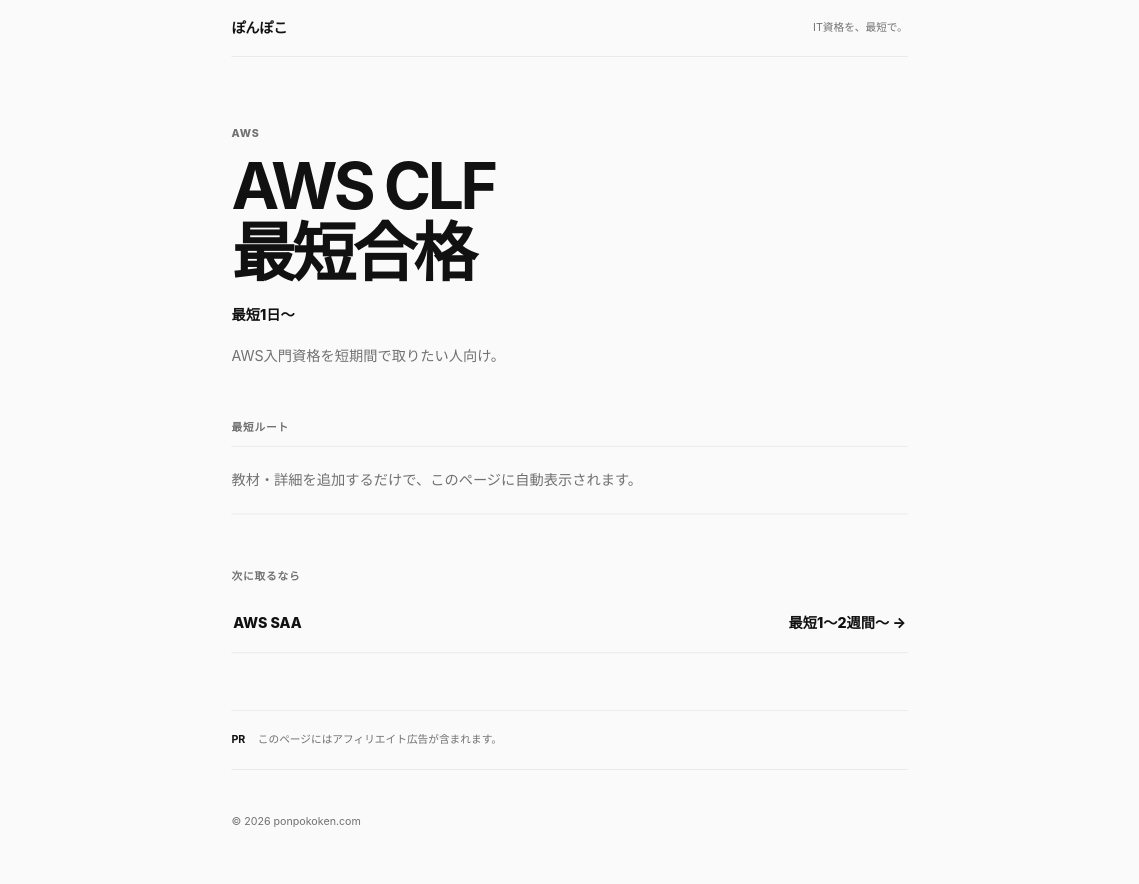
Repository: YUI012/ponpokoken
Page: /aws-clf
An editor plug-in stored every save of this project. The page is shown before and after the next save, followed by the edit.
The browser window is 1280 px wide. The pictures show the whole page, at 89% of full size.
The project was rebuilt for these pictures with package versions that can differ from the ones it lists, and the page was loaded fresh each time. The framework's server and built-in components were replaced by stand-ins that run in the browser. Also part of the build but not shown: components/ProductButton.js, components/CareerAd.js.

Above is the page before, as saved 2026-09-03 22:50:13.

After the next save:
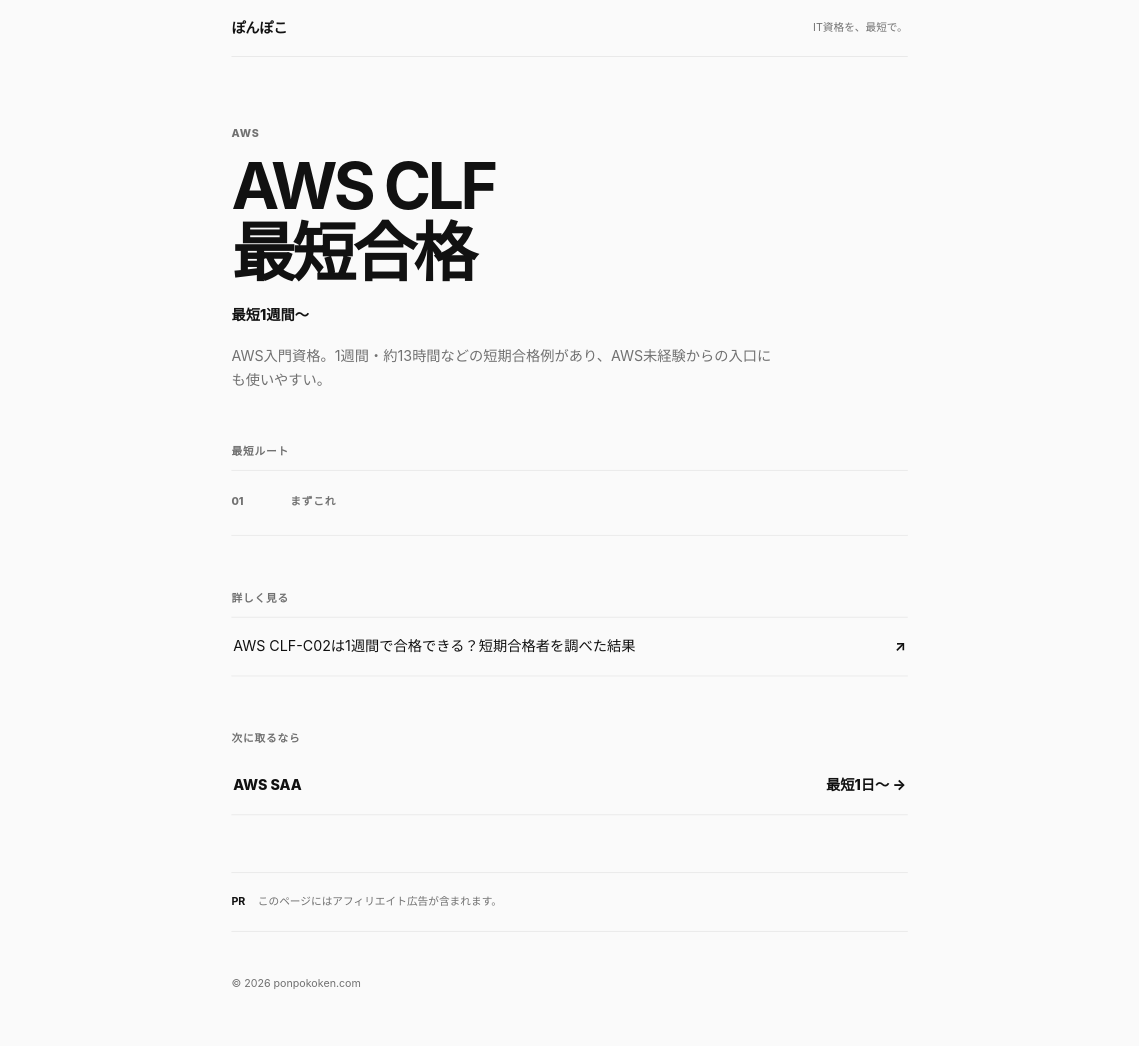
Saved 2 min 35 s later.
--- a/data/certifications.js
+++ b/data/certifications.js
@@ -4,82 +4,148 @@
     name: "LPIC-1",
     category: "Linux",
     shortest: "最短2週間〜",
-    summary: "Linux資格を短期間で取りたい人向け。教材を増やしすぎず、101→102の順で進む。",
+    summary:
+      "LPIC-1は101・102の2試験。短期合格例では約2週間で両方取得したケースがあります。",
     steps: [
-      { type: "product", productId: "lpic101-udemy", title: "まずこれ" },
-      { type: "product", productId: "lpic102-udemy", title: "101合格後" }
+      {
+        type: "product",
+        productId: "lpic101-udemy",
+        title: "まず101"
+      },
+      {
+        type: "product",
+        productId: "lpic102-udemy",
+        title: "101合格後"
+      }
     ],
-    articleIds: ["lpic-2weeks", "lpic101-hours", "lpic102-shortest"],
+    articleIds: [
+      "lpic-2weeks",
+      "lpic-vs-ccna",
+      "lpic-vs-saa"
+    ],
     nextCerts: ["aws-saa", "ccna"],
     showCareerAd: true,
     enabled: true
   },
+
   {
     slug: "ccna",
     name: "CCNA",
     category: "Network",
     shortest: "最短10日〜",
-    summary: "ネットワーク資格を短期間で取りたい人向け。インプット後は問題演習とPacket Tracerへ。",
+    summary:
+      "CCNAは10日合格の実例あり。短期間で取るならネットワーク基礎と問題演習を集中して進める。",
     steps: [
-      { type: "product", productId: "ccna-udemy", title: "まずこれ" }
+      {
+        type: "product",
+        productId: "ccna-udemy",
+        title: "まずこれ"
+      }
     ],
-    articleIds: ["ccna-shortest"],
+    articleIds: [
+      "ccna-shortest",
+      "ccna-simulation",
+      "lpic-vs-ccna"
+    ],
     nextCerts: ["aws-saa"],
     showCareerAd: true,
     enabled: true
   },
+
   {
     slug: "aws-saa",
     name: "AWS SAA",
     category: "AWS",
-    shortest: "最短1〜2週間〜",
-    summary: "AWSの定番資格。最短合格を狙うなら教材を1つに絞って問題演習へ。",
+    shortest: "最短1日〜",
+    summary:
+      "AWS経験者では1日〜5日の短期合格例あり。AWSの基礎を押さえたら問題演習で仕上げる。",
     steps: [
-      { type: "product", productId: "saa-udemy", title: "まずこれ" }
+      {
+        type: "product",
+        productId: "saa-udemy",
+        title: "まずこれ"
+      }
     ],
-    articleIds: ["saa-shortest"],
+    articleIds: [
+      "saa-shortest",
+      "saa-mock-score",
+      "lpic-vs-saa"
+    ],
     nextCerts: [],
     showCareerAd: true,
     enabled: true
   },
+
   {
     slug: "az-900",
     name: "AZ-900",
     category: "Azure",
     shortest: "最短3時間〜",
-    summary: "Azure入門資格を最短で。短時間インプット→模擬問題の順で進む。",
+    summary:
+      "Azure入門資格。IT・クラウド経験者では3時間まで圧縮した合格例があります。",
     steps: [
-      { type: "product", productId: "az900-udemy", title: "まずこれ" }
+      {
+        type: "product",
+        productId: "az900-udemy",
+        title: "まずこれ"
+      }
     ],
-    articleIds: [],
-    nextCerts: [],
+    articleIds: [
+      "az900-3hours"
+    ],
+    nextCerts: ["aws-saa"],
     showCareerAd: false,
     enabled: true
   },
+
   {
     slug: "linuc-level1",
     name: "LinuC Level1",
     category: "Linux",
     shortest: "最短1〜2週間〜",
-    summary: "LinuC Level1を短期間で取りたい人向け。",
-    steps: [],
-    articleIds: [],
+    summary:
+      "LinuC Level1は101・102の2試験。教材を1つに絞ってLinux基礎からまとめて進める。",
+    steps: [
+      {
+        type: "product",
+        productId: "linuc-udemy",
+        title: "101・102をまとめて"
+      }
+    ],
+    articleIds: [
+      "linuc-udemy",
+      "lpic-vs-linuc"
+    ],
     nextCerts: ["aws-saa"],
     showCareerAd: false,
     enabled: true
   },
+
   {
     slug: "aws-clf",
     name: "AWS CLF",
     category: "AWS",
-    shortest: "最短1日〜",
-    summary: "AWS入門資格を短期間で取りたい人向け。",
-    steps: [],
-    articleIds: [],
+    shortest: "最短1週間〜",
+    summary:
+      "AWS入門資格。1週間・約13時間などの短期合格例があり、AWS未経験からの入口にも使いやすい。",
+    steps: [
+      {
+        type: "product",
+        productId: "clf-udemy",
+        title: "まずこれ"
+      }
+    ],
+    articleIds: [
+      "aws-clf-1week",
+      "aws-clf-difficulty",
+      "aws-clf-skip"
+    ],
     nextCerts: ["aws-saa"],
     showCareerAd: false,
     enabled: true
   }
 ];
 
-export const certBySlug = Object.fromEntries(certifications.map((cert) => [cert.slug, cert]));
+export const certBySlug = Object.fromEntries(
+  certifications.map((cert) => [cert.slug, cert])
+);
